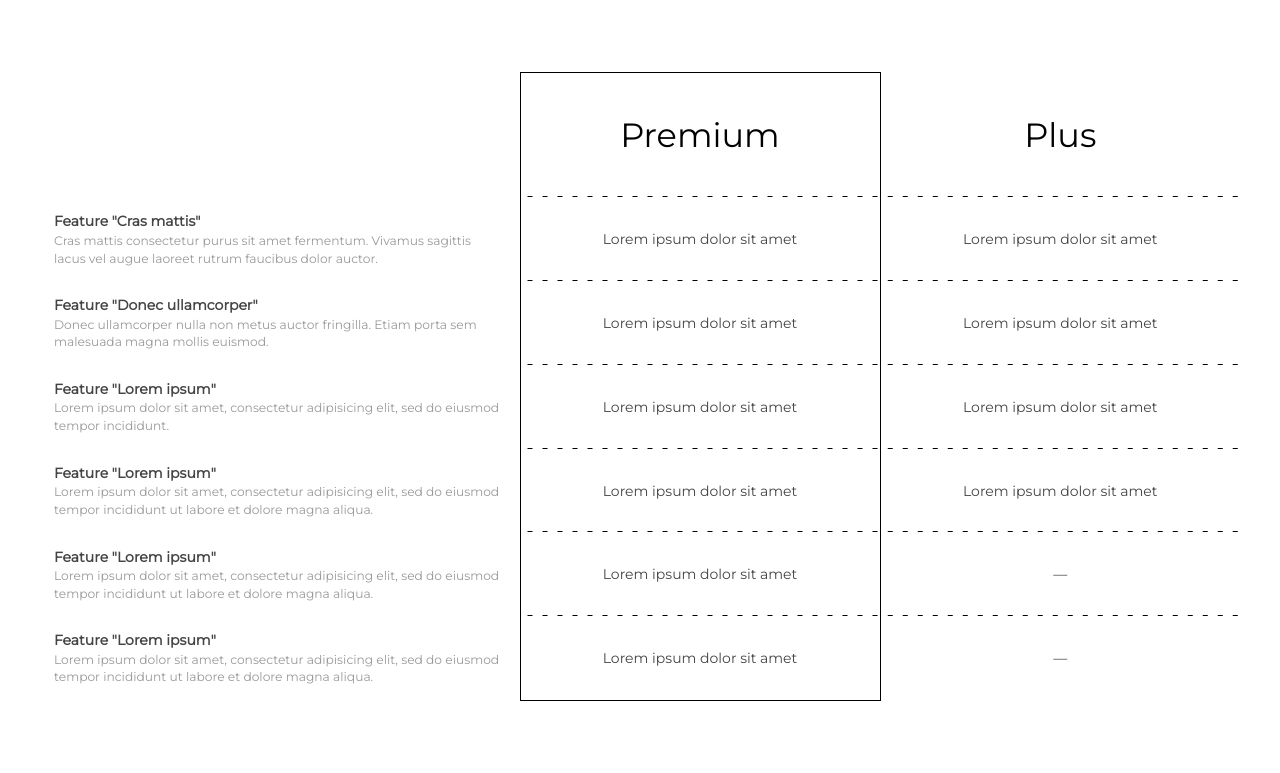
Repository: darlino/gotyu_shopify_section
Page: gotyu_table210223/index.html
The author's editor kept a copy of each file at every save. The page is drawn from the files as they stood at one save, then again after the next save.
The browser window is 1280 px wide. The pictures show the whole page.

Above is the page before, as saved 2023-02-21 13:07:48.

After the next save:
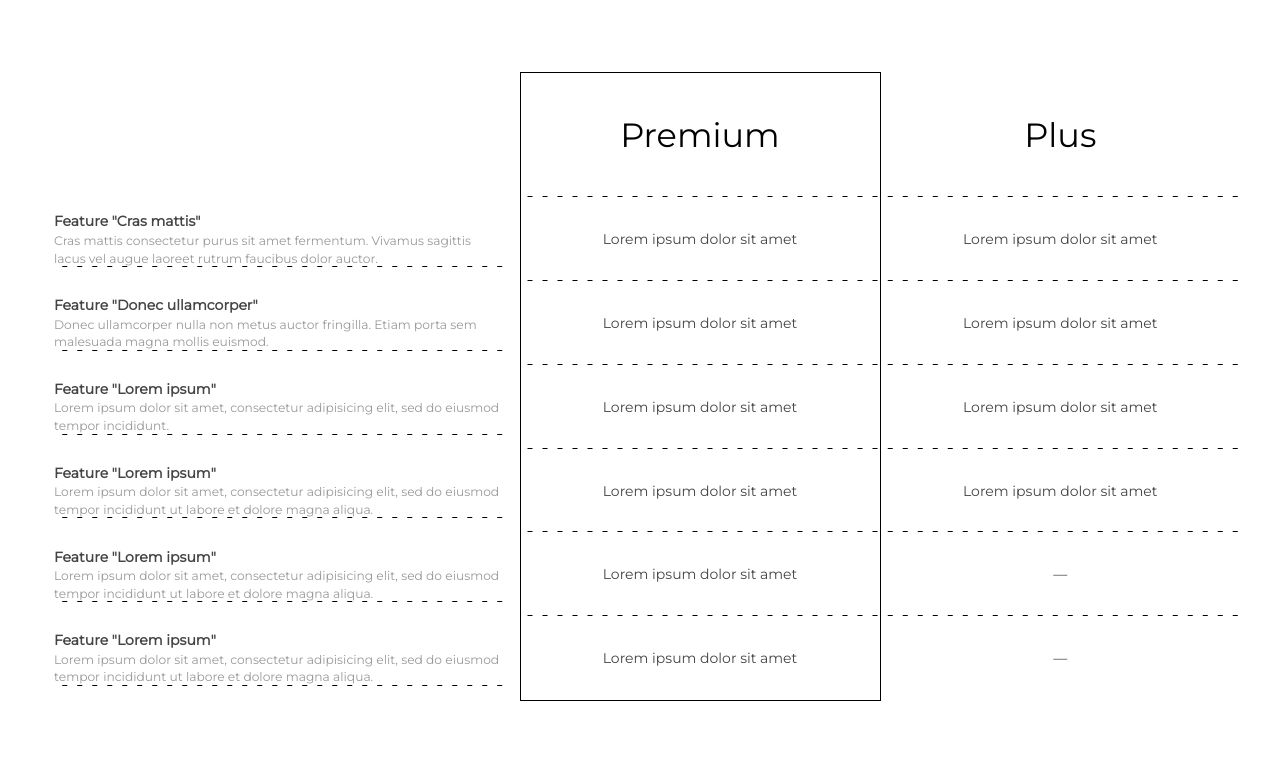
Saved 12 s later.
--- a/gotyu_table210223/style.css
+++ b/gotyu_table210223/style.css
@@ -82,6 +82,14 @@ tbody th span {
   font-size: 87.5%;
   color: #999;
   display: block;
+  background-image: linear-gradient(
+    to right,
+    black 33%,
+    rgba(255, 255, 255, 0) 0%
+  );
+  background-position: bottom;
+  background-size: 15px 1.2px;
+  background-repeat: repeat-x;
 }
 
 tbody td {

After the save that followed:
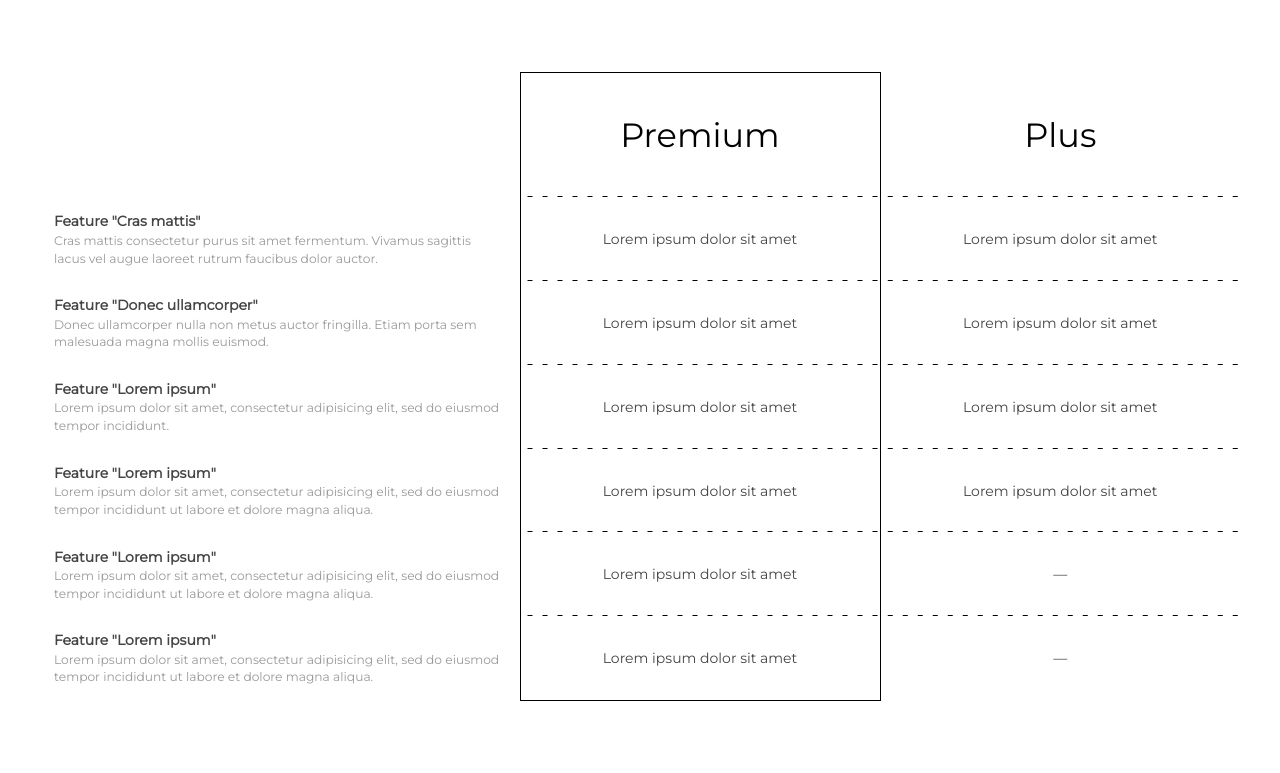
Saved 7 s later.
--- a/gotyu_table210223/style.css
+++ b/gotyu_table210223/style.css
@@ -82,14 +82,6 @@ tbody th span {
   font-size: 87.5%;
   color: #999;
   display: block;
-  background-image: linear-gradient(
-    to right,
-    black 33%,
-    rgba(255, 255, 255, 0) 0%
-  );
-  background-position: bottom;
-  background-size: 15px 1.2px;
-  background-repeat: repeat-x;
 }
 
 tbody td {
